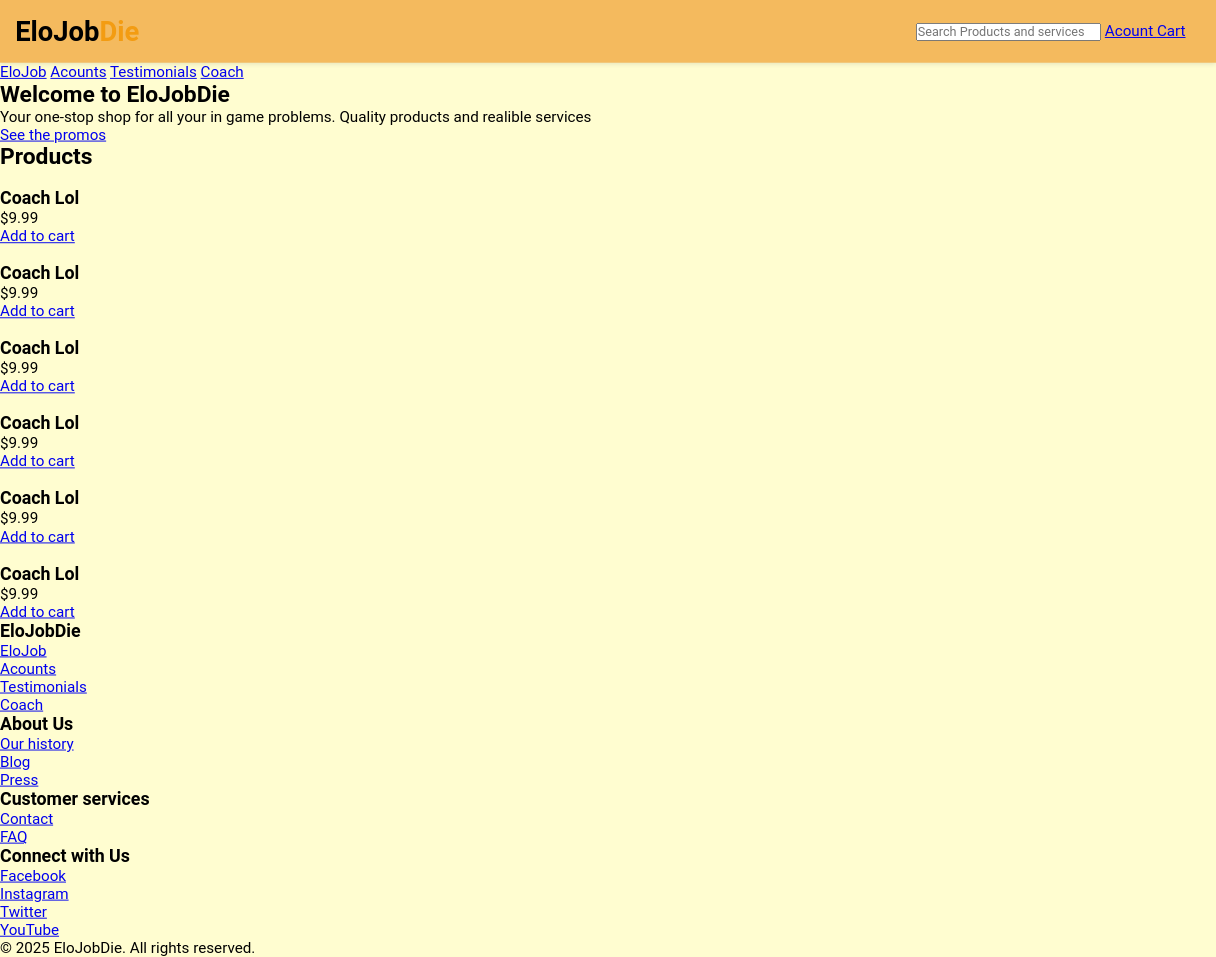
Repository: JustTheHero/web_online_store
Page: homePage.html
An editor plug-in stored every save of this project. The page is shown before and after the next save, followed by the edit.
The browser window is 1280 px wide. The pictures show the whole page, at 95% of full size.

Above is the page before, as saved 2025-04-24 09:48:59.

### homePage.html
<!DOCTYPE html>
<html>
<head>
    <meta charset="UTF-8">
    <meta name="viewport" content="width=device-width, initial-scale=1.0">
    <title>EloJobDie</title>
    <style>
        * {
            margin: 0;
            padding: 0;
            box-sizing: border-box;
            font-family: 'Poppins', 'Roboto', 'Open Sans', sans-serif;
        }

        .logo {
            font-size: 1.8rem;
            font-weight: bold;
        }
        .logo span {
            color: #f39c12;
        }
        body{
            background-color: #FFFDD0;
        }
        header{
            background-color: #f4ba5e;
            color: black;
            padding: 1rem;
            box-shadow: 0 2px 5px rgba(0, 0, 0, 0.1);
        }
        .container_header{
            display: flex;
            justify-content: space-between;
            align-items: center;
        }
        .search_bar{
            width: 300px;
        }
    </style>
</head>
<body>
    <header>
        <div class="container_header">
            <div class="logo">
                EloJob<span>Die</span>
            </div>
            <div class="search_bar">
                <input type = "text" placeholder = "Search Products and services"
            </div>
            <dic class = "icons_navigation">
                <a href="#accont"> Acount
                </a>
                <a href="#cart"> Cart
                </a>
            </dic>
        </div>
    </header>
    <nav>
        <div class = "container_nav">
            <ul class = "nav_itens">
                <li>
                    <a href="#elojob">EloJob</a>
                    <a href="#acounts">Acounts</a>
                    <a href="#testimonials">Testimonials</a>
                    <a href="#coach">Coach</a>
                </li>
            </ul>
        </div>
    </nav>
    <section class = "welcome">
        <div class = "container_welcome">
            <h1>Welcome to EloJobDie</h1>
            <p>Your one-stop shop for all your in game problems. Quality products and realible services</p>
            <a href="#promos">See the promos</a>
        </div>
    </section>

    <section class="products">
        <div class = "container_products">
            <h2>Products</h2>
            <div class = "grid_products">
               <div class = "card_products">
                <div class = "image_products">
                    <img src="" alt="">
                </div>
                <div class = "info_products">
                    <h3 class = "title_product">Coach Lol</h3>
                    <p class = "price_product">$9.99</p>
                    <a href="#add_to_cartc"class = "btn">Add to cart</a>
                </div>
               </div>
            </div>
               <div class = "card_products">
                <div class = "image_products">
                    <img src="" alt="">
                </div>
                <div class = "info_products">
                    <h3 class = "title_product">Coach Lol</h3>
                    <p class = "price_product">$9.99</p>
                    <a href="#add_to_cartc"class = "btn">Add to cart</a>
                </div>
               </div>
            </div>
               <div class = "card_products">
                <div class = "image_products">
                    <img src="" alt="">
                </div>
                <div class = "info_products">
                    <h3 class = "title_product">Coach Lol</h3>
                    <p class = "price_product">$9.99</p>
                    <a href="#add_to_cartc"class = "btn">Add to cart</a>
                </div>
               </div>
            </div>
               <div class = "card_products">
                <div class = "image_products">
                    <img src="" alt="">
                </div>
                <div class = "info_products">
                    <h3 class = "title_product">Coach Lol</h3>
                    <p class = "price_product">$9.99</p>
                    <a href="#add_to_cartc"class = "btn">Add to cart</a>
                </div>
               </div>
            </div>
               <div class = "card_products">
                <div class = "image_products">
                    <img src="" alt="">
                </div>
                <div class = "info_products">
                    <h3 class = "title_product">Coach Lol</h3>
                    <p class = "price_product">$9.99</p>
                    <a href="#add_to_cartc"class = "btn">Add to cart</a>
                </div>
               </div>
            </div>
               <div class = "card_products">
                <div class = "image_products">
                    <img src="" alt="">
                </div>
                <div class = "info_products">
                    <h3 class = "title_product">Coach Lol</h3>
                    <p class = "price_product">$9.99</p>
                    <a href="#add_to_cartc"class = "btn">Add to cart</a>
                </div>
               </div>
            </div>
        </div>
    </section>
    <footer>
        <div class = "container_footer">
            <div class = "content_footer">
                <div class = "col_footer">
                    <h3>EloJobDie</h3>
                    <ul>
                        <li><a href="#elojob">EloJob</a></li>
                        <li><a href="#acounts">Acounts</a></li>
                        <li><a href="#testimonials">Testimonials</a></li>
                        <li><a href="#coach">Coach</a></li>
                    </ul>

                </div>
                <div class = "col_footer">
                    <h3>About Us</h3>
                    <ul>
                        <li><a href="#history">Our history</a></li>
                        <li><a href="#blog">Blog</a></li>
                        <li><a href="#press">Press</a></li>
                    </ul>
                </div>
                <div class = "col_footer">
                    <h3>Customer services</h3>
                    <ul>
                        <li><a href="#contact">Contact</a></li>
                        <li><a href="#faq">FAQ</a></li>
                    </ul>
                </div>
                <div class = "col_footer">
                    <h3>Connect with Us</h3>
                    <ul>
                        <li><a href="#facebook">Facebook</a></li>
                        <li><a href="#instagram">Instagram</a></li>
                        <li><a href="#twitter">Twitter</a></li>
                        <li><a href="#youtube">YouTube</a></li>
                    </ul>
                </div>
            </div>
            <div class = "bottom_footer">
                <p>&copy; 2025 EloJobDie. All rights reserved.</p>
            </div>
        </div>
    </footer>


</body>
</html>

After the next save:
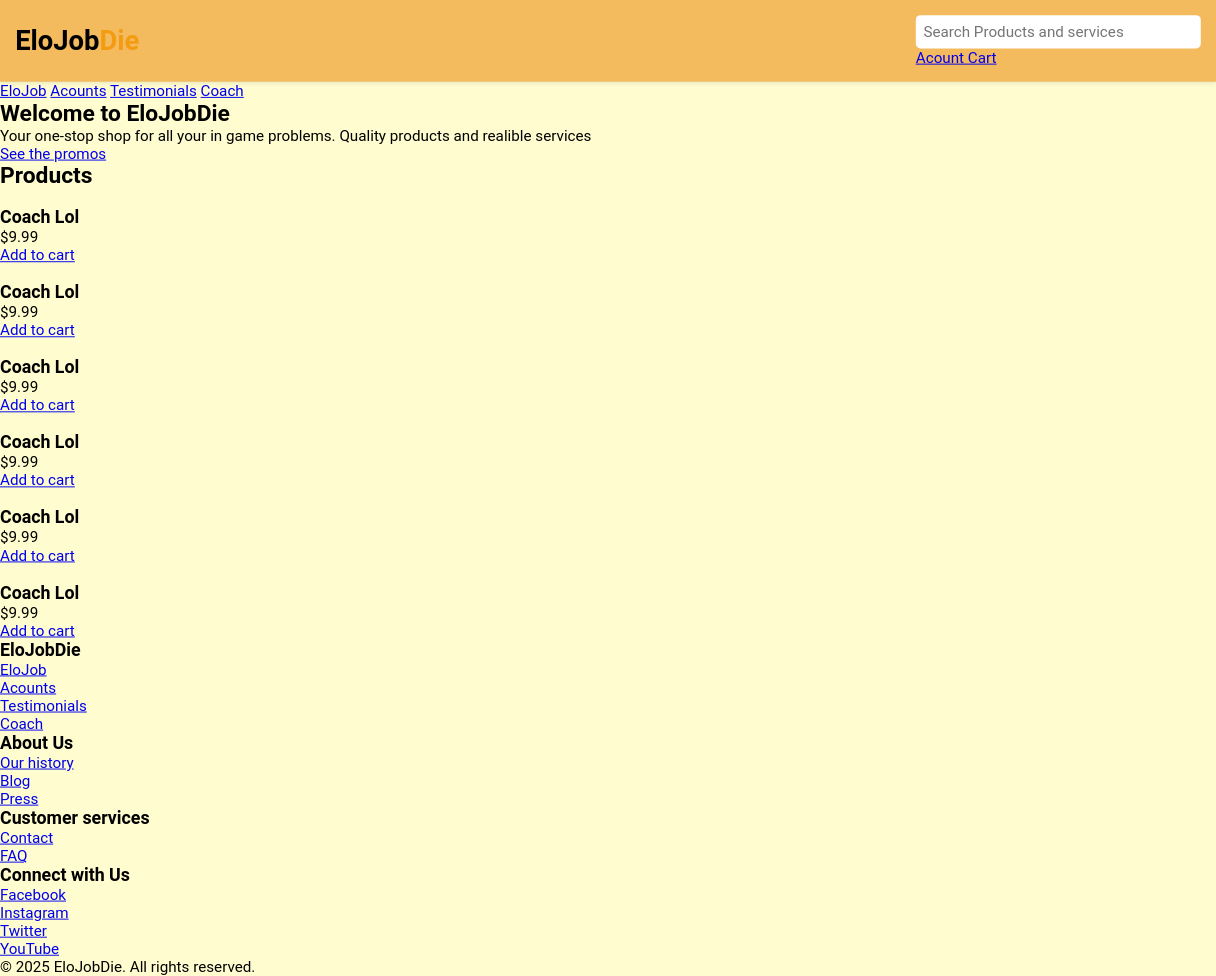
Saved 53 s later.
--- a/homePage.html
+++ b/homePage.html
@@ -36,6 +36,13 @@
         .search_bar{
             width: 300px;
         }
+        .search_bar input{
+            width: 100%;
+            padding: 0.5rem;
+            border: none;
+            border-radius: 5px;
+            font-size: 1rem;
+        }
     </style>
 </head>
 <body>
